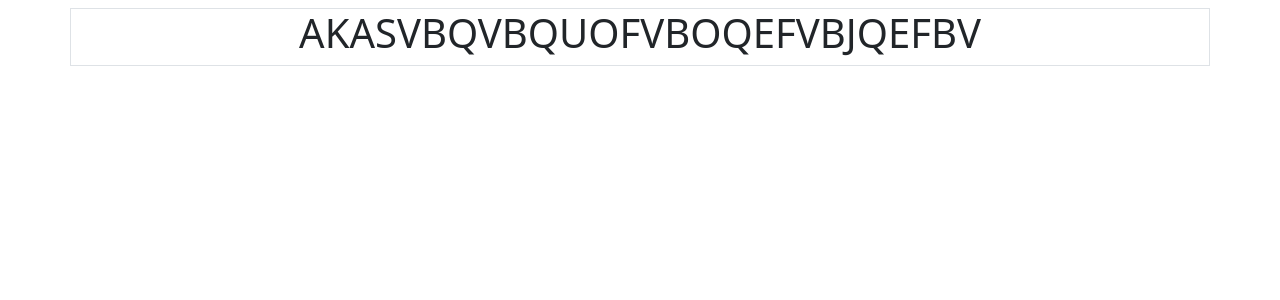
Repository: LASCLUu/Desenvolvimento-Web-Mobile-e-Jogos
Page: / (app in react-componentes-props/)
The author's editor kept a copy of each file at every save. The page is drawn from the files as they stood at one save, then again after a run of saves.
The browser window is 1280 px wide. The pictures show the whole page.
The project was rebuilt for these pictures with package versions that can differ from the ones it lists, and the page was loaded fresh each time.

Above is the page before, as saved 2024-09-23 21:37:17.

After the next 8 saves:
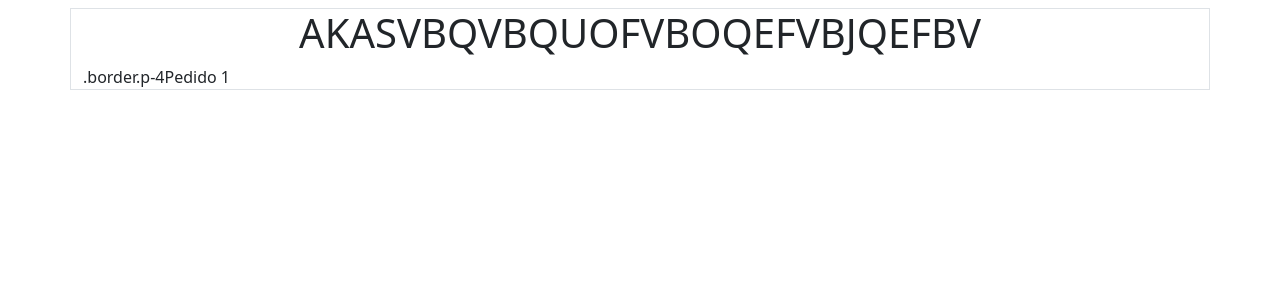
The 8 saves are shown as one change because 1 did not build or start and some came seconds apart.
The last was saved 31 s later.
--- a/react-componentes-props/src/index.js
+++ b/react-componentes-props/src/index.js
@@ -12,7 +12,7 @@
                 </div>
             </div>
             <div className='col-12 .col-xl-3.col-lg-6'>
-
+                .border.p-4{'Pedido 1'}
             </div>
         </div>
     )

After the 2 saves that followed:
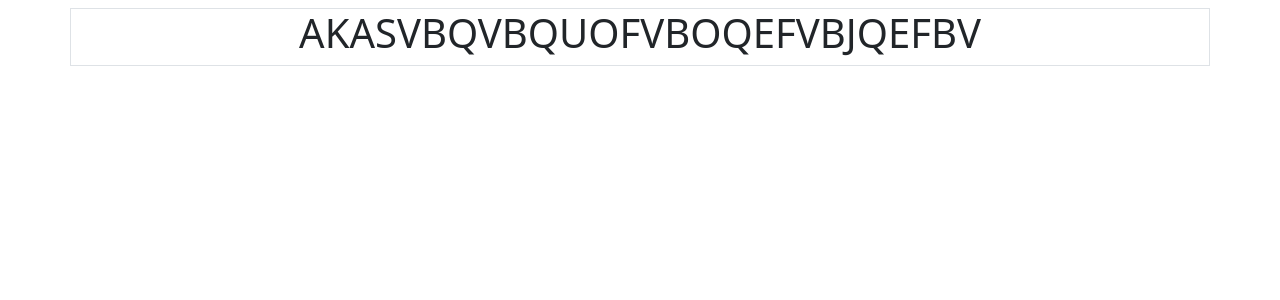
The 2 saves are shown as one change because they came seconds apart.
The last was saved 46 s later.
--- a/react-componentes-props/src/index.js
+++ b/react-componentes-props/src/index.js
@@ -12,7 +12,7 @@
                 </div>
             </div>
             <div className='col-12 .col-xl-3.col-lg-6'>
-                .border.p-4{'Pedido 1'}
+                <div></div>
             </div>
         </div>
     )
